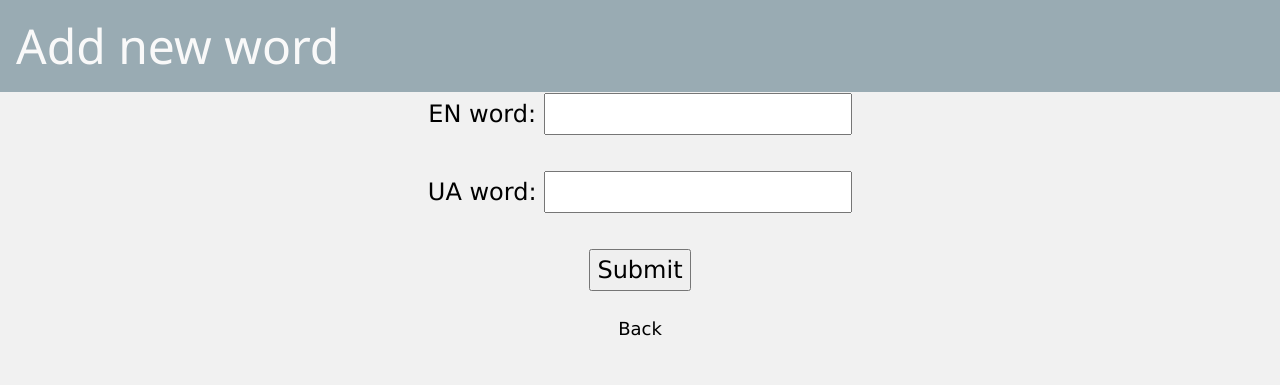
Repository: OleksandrDoskaliukKN313/IIC
Page: WebDictionary/WebContent/inputForm.html
The author's editor kept a copy of each file at every save. The page is drawn from the files as they stood at one save, then again after the next save.
The browser window is 1280 px wide. The pictures show the whole page.

Above is the page before, as saved 2020-10-12 10:20:37.

### WebDictionary/WebContent/inputForm.html
<!DOCTYPE html>
<html>
<head>
<meta charset="UTF-8">
<title>Input Form</title>
<link rel="stylesheet" href="w3.css">
</head>
<body class="w3-light-grey ">
<div class="w3-container w3-blue-grey w3-opacity w3-left-align 	">
        <h1 class = "w3-xxxlarge">Add new word</h1>
    </div>
<div class = "w3-xlarge w3-container w3-center">
<form action="addWord.jsp">
    EN word: <input name="en" />
    <br><br>
    UA word: <input name="ua" />
    <br></br>
    <input type="submit" value="Submit" />
   <br>
   <button class="w3-btn w3-hover-red w3-round-large w3-large w3-margin-top" onclick="location.href='index.html'">Back</button>
</form>
</div>

</body>
</html>

Loaded but not shown: WebDictionary/WebContent/w3.css (library)

After the next save:
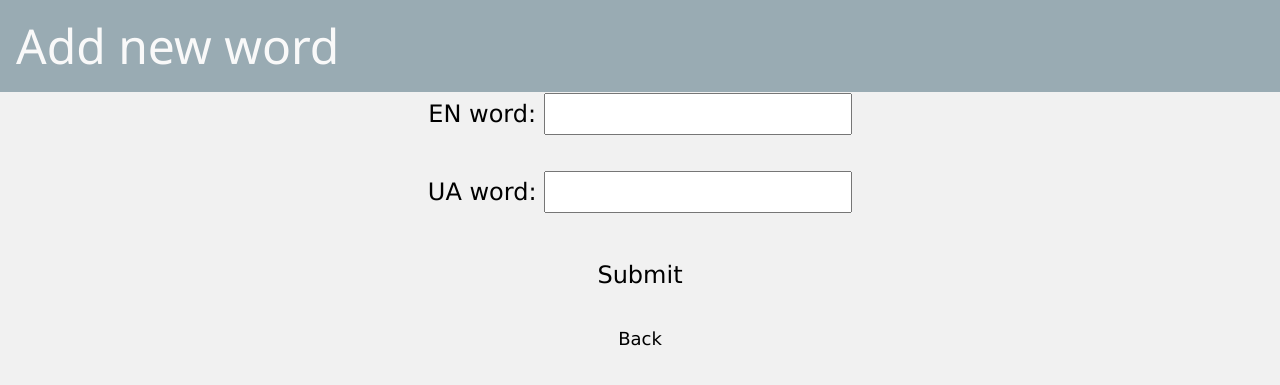
Saved 25 s later.
--- a/WebDictionary/WebContent/inputForm.html
+++ b/WebDictionary/WebContent/inputForm.html
@@ -15,7 +15,7 @@
     <br><br>
     UA word: <input name="ua" />
     <br></br>
-    <input type="submit" value="Submit" />
+    <input class = "w3-btn w3-hover-green w3-round-large" type="submit" value="Submit" />
    <br>
    <button class="w3-btn w3-hover-red w3-round-large w3-large w3-margin-top" onclick="location.href='index.html'">Back</button>
 </form>
